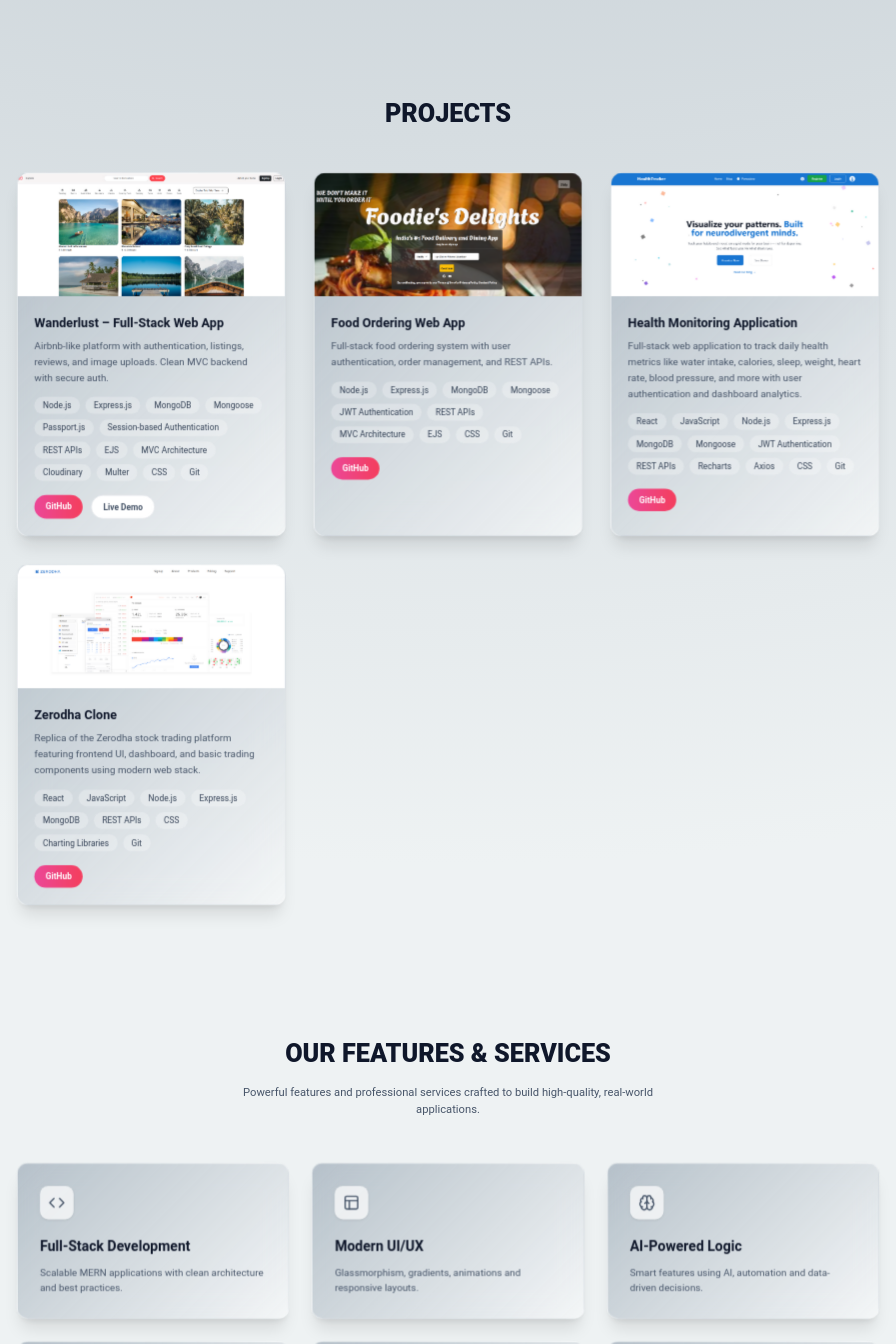
Repository: bhumikamourya/portfolio
Page: /
An editor plug-in stored every save of this project. The page is shown before and after the next save, followed by the edit.
The browser window is 1280 px wide. The pictures show the part of the page from y = 2910 to 4830 px (the page is 5885 px tall), at 70% of full size.
Some web libraries are served in a nearby version. The project was rebuilt for these pictures with package versions that can differ from the ones it lists, and the page was loaded fresh each time.

Above is the page before, as saved 2026-01-31 15:32:55.

### src/styles/variables.css
:root {
  /*Background gradient (PAGE) */
  --bg-gradient-from: #8e9eab;
  --bg-gradient-to: #eef2f3;

  /*Glass / Card background (LIGHTER, SAME TONE) */
  --glass-from: rgba(158, 172, 184, 0.7);
  --glass-to: rgba(245, 247, 248, 0.8);

  /*Text colors */
  --heading-color: #0f172a;      /* slate-900 */
  --subheading-color: #334155;   /* slate-700 */
  --body-text-color: #475569;    /* slate-600 */
  --muted-text-color: #64748b;   /* slate-500 */

  /* Accent (brand highlight) */
  --accent-from: #ec4899; /* pink-500 */
  --accent-to: #f43f5e;   /* rose-500 */

  /* Status / success */
  --success-color: #059669; /* emerald-600 */

  /* Borders */
  --border-light: rgba(255, 255, 255, 0.4);

  /* Motion */
  --transition: all 0.4s ease;
}

/* Optional dark mode (future-proof, not active yet) */
.dark-mode {
  --bg-gradient-from: #1e293b;
  --bg-gradient-to: #020617;

  --glass-from: rgba(30, 41, 59, 0.7);
  --glass-to: rgba(15, 23, 42, 0.8);

  --heading-color: #f8fafc;
  --subheading-color: #e2e8f0;
  --body-text-color: #cbd5f5;
  --muted-text-color: #94a3b8;
}

### src/styles/App.css
* {
  margin: 0;
  padding: 0;
  box-sizing: border-box;
}

.reveal {
  opacity: 0;
  transform: translateY(50px);
  transition: all 0.8s ease;
}

.reveal.active {
  opacity: 1;
  transform: translateY(0);
}

body {
  font-family: 'Roboto', sans-serif;
  background-image: radial-gradient(circle at top, var(--bg-gradient-from) 0%, var(--bg-gradient-to) 70%);
  color: var(--body-text-color);
  scroll-behavior: smooth;
  transition: var(--transition);
}

.color-buttons {
  background-image: linear-gradient(to right, var(--accent-from), var(--accent-to));
  border: none;
}

.right-card {
  background: rgba(255, 255, 255, 0.6);
  border-color: var(--border-light);
  backdrop-filter: blur(16px);
}

.app {
  min-height: 100vh;
}
.text-accent {
    background: linear-gradient(to right, var(--accent-from), var(--accent-to));
    -webkit-background-clip: text;
    -webkit-text-fill-color: transparent;
}
.card-bg {
  background-image:
    linear-gradient(135deg,
      var(--glass-from),
      var(--glass-to));
  backdrop-filter: blur(22px);
  border: 1px solid var(--border-light);
}

.skill-cards{
  background-image: linear-gradient(135deg, var(--border-light), var(--border-light));
  backdrop-filter: blur(72px);
  border: 1px solid var(--border-light);
}

.heading{
  color: var(--heading-color);
}
.subheading{
  color: var(--subheading-color);
}
.tags{
  background: rgba(255,255,255,0.25);
  color: var(--subheading-color);
}
ul{
    color: var(--muted-text-color);
}

/* .btn {
  padding: 10px 20px;
  border: none;
  border-radius: 5px;
  cursor: pointer;
  transition: var(--transition);
}

.btn.primary {
  background-color: var(--primary-color);
}

.btn.secondary {
  background-color: var(--bg-gradient-to);
}

.btn:hover {
  transform: scale(1.05);
} */
.theme-toggle {
  position: fixed;
  top: 20px;
  right: 20px;
  z-index: 1000;
  background: none;
  border: none;
  font-size: 1.5rem;
  cursor: pointer;
}

/* Mobile-first responsive */
@media (max-width: 768px) {
  .container {
    padding: 0 10px;
  }
}

### src/contexts/ThemeContext.js
import React, { createContext, useState, useEffect } from 'react';

export const ThemeContext = createContext();

export const ThemeProvider = ({ children }) => {
  const [isDarkMode, setIsDarkMode] = useState(false);

  useEffect(() => {
    const savedTheme = localStorage.getItem('theme');
    if (savedTheme === 'dark') {
      setIsDarkMode(true);
      document.body.classList.add('dark-mode');
    }
  }, []);

  const toggleTheme = () => {
    setIsDarkMode(!isDarkMode);
    if (!isDarkMode) {
      document.body.classList.add('dark-mode');
      localStorage.setItem('theme', 'dark');
    } else {
      document.body.classList.remove('dark-mode');
      localStorage.setItem('theme', 'light');
    }
  };

  return (
    <ThemeContext.Provider value={{ isDarkMode, toggleTheme }}>
      {children}
    </ThemeContext.Provider>
  );
};

### src/components/ThemeToggle.js
import React, { useContext } from 'react';
import { ThemeContext } from '../contexts/ThemeContext';

const ThemeToggle = () => {
  const { isDarkMode, toggleTheme } = useContext(ThemeContext);

  return (
    <button className="theme-toggle" onClick={toggleTheme} >
      {isDarkMode ? '☀️' : '🌙'}
    </button>
  );
};

export default ThemeToggle;

### src/components/Welcome.jsx
import React from "react";


const Welcome = () => {
    const scrollToSection = (id) => {
        document.getElementById(id).scrollIntoView({ behavior: "smooth" });
    };
    return (
        <section
            className="min-h-screen flex items-center justify-center px-6"
        >
            <div
                className="relative w-full max-w-6xl rounded-2xl shadow-2xl p-20 card-bg"
            >
                <div className="grid md:grid-cols-2 gap-12 items-center">

                    <div>

                        <h1
                            className="text-4xl md:text-5xl font-extrabold leading-tight mb-4 heading">
                            Welcome to <br /> my Portfolio Website
                        </h1>
                        <p
                            className="max-w-md mb-6">
                            Building modern, reliable, and fast digital experiences with a
                            strong focus on clean UI and solid engineering.
                        </p>
                        <div className="flex items-center gap-4 mb-6">
                            <span className="text-xs font-semibold text-emerald-600 tracking-wide">LIVE STATUS</span>
                            <button
                                onClick={() => scrollToSection("projects")}
                                className="px-4 py-2 rounded-full bg-slate-900 text-white hover:bg-slate-800 transition"
                            >
                                PROJECTS
                            </button>
                            <button
                                onClick={() => scrollToSection("contact")}
                                className="px-4 py-2 rounded-full border border-slate-200 hover:bg-slate-100 transition"
                            >
                                CONTACT
                            </button>
                        </div>

                        {/* <button

                            className="px-8 py-3 rounded-full text-white font-semibold transition hover:scale-105 color-buttons"
                        >
                        Portfolio →
                        </button> */}
                    </div>

                    {/* RIGHT SYSTEM CARD */}
                    <div
                        className="relative rounded-xl p-6 border right-card"
                    >
                        <span
                            className="absolute top-4 right-4 text-xs font-semibold text-emerald-600"
                        >
                            ONLINE
                        </span>

                        <div className="flex items-center justify-center mb-6">
                            <div
                                className="relative w-44 h-44 rounded-full flex items-center justify-center "
                                style={{
                                    background:
                                        "linear-gradient(to bottom right, var(--accent-from), var(--accent-to))",
                                }}
                            >
                                <div className="absolute inset-4 rounded-full bg-white flex items-center justify-center text-s tracking-widest font-bold text-slate-600">
                                    WELCOME
                                </div>
                            </div>
                        </div>

                        <div className="grid grid-cols-2 gap-4 text-center">
                            <div>
                                <p className="text-xl font-bold">06</p>
                                <p className="text-xs text-slate-600">Modules</p>
                            </div>
                            <div>
                                <p className="text-xl font-bold">12ms</p>
                                <p className="text-xs text-slate-600">Latency</p>
                            </div>
                        </div>
                    </div>

                </div>
            </div>
        </section>
    );
};

export default Welcome;

### src/components/Hero.js
import React from "react";
const Hero = () => {
  return (
    <section
      id="hero"
      className=" reveal min-h-screen flex items-center justify-center px-6"
    >
      <div
        className="relative w-full max-w-6xl rounded-3xl p-16"
      >
        <div className="grid md:grid-cols-2 gap-12 items-center">

          {/* LEFT CONTENT */}
          <div>
            <span
              className="inline-block mb-3 text-xs px-3 py-1 rounded-full font-semibolds text-emerald-700 right-card tags"
            >
              Available for freelance work
            </span>

            <h1
              className="text-4xl md:text-5xl font-extrabold leading-tight mb-2 heading"
            >
              Hi, I'm{" "}
              <span className="text-accent"
              >
                Bhumika
              </span>
            </h1>
            <h2
              className="text-xl md:text-2xl font-semibold mb-4 subheading"
            >
              Frontend Developer
            </h2>

            <p
              className="max-w-md mb-6"
            >
              I create scalable, clean and user-focused web applications with
              strong UI sense and solid backend logic.
            </p>

            <div className="flex gap-4 mb-6">
              <button
                className="px-6 py-2 rounded-full text-white font-semibold transition hover:scale-105 color-buttons"
              >
                Hire Me
              </button>

              <button
                className="px-4 py-2 rounded-full border border-slate-200  hover:bg-slate-100 transition subheading">
                Download CV
              </button>
            </div>

            <div className="flex items-center gap-4 text-sm">
              <span>Follow me:</span>
              <a href="https://github.com/bhumikamourya"
              className="cursor-pointer hover:underline cursor-pointer">GitHub</a>
              <a href="https://www.linkedin.com/in/bhumika-mourya-bb94672a4/"
              className="cursor-pointer hover:underline cursor-pointer">LinkedIn</a>
              {/* <a href="" className="cursor-pointer hover:underline cursor-pointer">Instagram</a> */}
            </div>
          </div>

          {/* RIGHT IMAGE CARD */}
          <div className="flex justify-center">
            <div
              className="relative rounded-2xl right-card shadow-2xl"
            >
              <img
                src="/assets/profile.jpeg"
                alt="Developer illustration"
                className="w-72 h-70 object-cover rounded-xl"
              />
            </div>
          </div>

        </div>
      </div>
    </section>
  );
};

export default Hero;

### src/components/Skills.js
import React from 'react';

const Skills = () => {
  const skills = [
    { name: 'HTML5', icon: '/assets/html.png' },
    { name: 'CSS3', icon: '/assets/css.png' },
    { name: 'JavaScript (ES6+)', icon: '/assets/js.webp' },
    { name: 'React', icon: '/assets/react.png' },
    { name: 'Redux', icon: '/assets/redux.png' },
    { name: 'Node.js', icon: '/assets/nodejs.png' },
    { name: 'Express.js', icon: '/assets/express.png' },
    { name: 'RESTful APIs', icon: '/assets/restful-api.png' },
    { name: 'Authentication (Passport.js, JWT)', icon: '/assets/authentication.png' },
    { name: 'MongoDB', icon: '/assets/mongoDB.png' },
    { name: 'Mongoose', icon: '/assets/mongoose.png' },
    { name: 'Git', icon: '/assets/git.png' },
    { name: 'GitHub', icon: '/assets/github.png' },
    { name: 'Postman', icon: '/assets/postman.png' },
    { name: 'Thunder Client', icon: '/assets/thunderClient.png' },
    { name: 'VS Code', icon: '/assets/VS-Code.png' },
    { name: 'Chrome DevTools', icon: '/assets/chrome-dev-tool.png' },
  ];

  return (
    <section
      id="skills"
      className=" reveal min-h-screen flex items-center justify-center px-6 transition-colors duration-500"
    >
      <div
        className="relative w-full max-w-6xl rounded-3xl p-16"
      >
        <h2
          className="text-3xl md:text-4xl font-extrabold mb-10 text-center heading"
        >
          SKILLS
        </h2>

        <div className="grid grid-cols-2 sm:grid-cols-3 md:grid-cols-4 lg:grid-cols-5 gap-8">
          {skills.map((skill, index) => (
            <div
              key={index}
              className="flex flex-col items-center justify-center p-4 rounded-2xl transition-transform duration-300 hover:scale-105 skill-cards"
            >
              <img
                src={skill.icon}
                alt={skill.name}
                className="w-14 h-14 mb-2 object-contain"
              />
              <p
                className="text-sm font-semibold text-center"
              >
                {skill.name}
              </p>
            </div>
          ))}
        </div>
      </div>
    </section>
  );
};

export default Skills;

### src/utils/scrollReveal.js
export const initScrollReveal = () => {
    const elements = document.querySelectorAll(".reveal");

    const observer = new IntersectionObserver(
      (entries) => {
        entries.forEach((entry) => {
          if (entry.isIntersecting) {
            entry.target.classList.add("active");
          }
        });
      },
      { threshold: 0.15 }
    );

    elements.forEach((el) => observer.observe(el));

};

### src/components/FeaturesServices.js
import { Code, Sparkles, ShieldCheck, Rocket, Brain, Layout } from "lucide-react";

export default function FeaturesServices() {
  const features = [
    {
      icon: <Code className="w-6 h-6" />,
      title: "Full-Stack Development",
      desc: "Scalable MERN applications with clean architecture and best practices."
    },
    {
      icon: <Layout className="w-6 h-6" />,
      title: "Modern UI/UX",
      desc: "Glassmorphism, gradients, animations and responsive layouts."
    },
    {
      icon: <Brain className="w-6 h-6" />,
      title: "AI-Powered Logic",
      desc: "Smart features using AI, automation and data-driven decisions."
    },
    {
      icon: <ShieldCheck className="w-6 h-6" />,
      title: "Secure Systems",
      desc: "JWT auth, role-based access and secure backend APIs."
    },
    {
      icon: <Rocket className="w-6 h-6" />,
      title: "Performance Focused",
      desc: "Optimized queries, fast load time and scalable codebase."
    },
    {
      icon: <Sparkles className="w-6 h-6" />,
      title: "Creative Solutions",
      desc: "Not copy-paste projects — unique, tailored to real-world needs."
    }
  ];

  return (
    <section
      id="features"
      className=" reveal relative py-24 px-6 "
    >
      <div className="max-w-7xl mx-auto">
        {/* Heading */}
        <div className="text-center mb-16">
          <h2 className="text-4xl font-extrabold text-center mb-6 heading">
            OUR FEATURES & SERVICES
          </h2>
          <p className="max-w-2xl mx-auto">
            Powerful features and professional services crafted to build
            high-quality, real-world applications.
          </p>
        </div>

        {/* Cards */}
        <div className="grid grid-cols-1 sm:grid-cols-2 lg:grid-cols-3 gap-8">
          {features.map((item, idx) => (
            <div
              key={idx}
              className="group relative rounded-2xl p-8 shadow-xl  transition-all duration-300 hover:-translate-y-2 hover:shadow-2xl card-bg"
            >
              <div className="flex items-center justify-center w-12 h-12 rounded-xl bg-white/70 shadow mb-6 group-hover:scale-110 transition" >
                {item.icon}
              </div>

              <h3 className="text-xl font-semibold mb-3 heading">
                {item.title}
              </h3>
              <p className=" text-sm leading-relaxed" >
                {item.desc}
              </p>
            </div>
          ))}
        </div>
      </div>
    </section>
  );
}

### src/components/ProjectCard.js
import React from 'react';

const ProjectCard = ({ title, description, tech, github, demo, image }) => {
  return (
    <div
      className="rounded-2xl overflow-hidden shadow-xl transition-transform duration-300 hover:-translate-y-2 card-bg"
    >
      {/* IMAGE */}
      <div className="h-44 bg-black/20 flex items-center justify-center">
        <img
          src={image}
          alt={title}
          className="h-full w-full object-cover"
        />
      </div>

      {/* CONTENT */}
      <div className="p-6">
        <h3
          className="text-lg font-bold mb-2 heading">
          {title}
        </h3>

        <p
          className="text-sm mb-4 leading-relaxed"
        >
          {description}
        </p>

        {/* TECH TAGS */}
        <div className="flex flex-wrap gap-2 mb-5">
          {tech.map((item, index) => (
            <span
              key={index}
              className="text-xs px-3 py-1 rounded-full tags"
            >
              {item}
            </span>
          ))}
        </div>

        {/* LINKS */}
        <div className="flex gap-3">
          <a
            href={github}
            target="_blank"
            rel="noreferrer"
            className="px-4 py-2 text-white text-xs font-semibold rounded-full transition color-buttons"

          >
            GitHub
          </a>

          {demo && (
            <a
              href={demo}
              target="_blank"
              rel="noreferrer"
              className="px-4 py-2 text-xs font-semibold bg-white rounded-full border transition"
            >
              Live Demo
            </a>
          )}
        </div>
      </div>
    </div>
  );
};

export default ProjectCard;

Loaded but not shown: public/index.html (common file); src/index.js (common file); src/App.js (common file); src/index.css (common file); tailwind.config.js (common file); src/components/Contact.js (118 lines, source omitted); src/components/Projects.js (107 lines, source omitted); src/components/About.js (99 lines, source omitted)

After the next save:
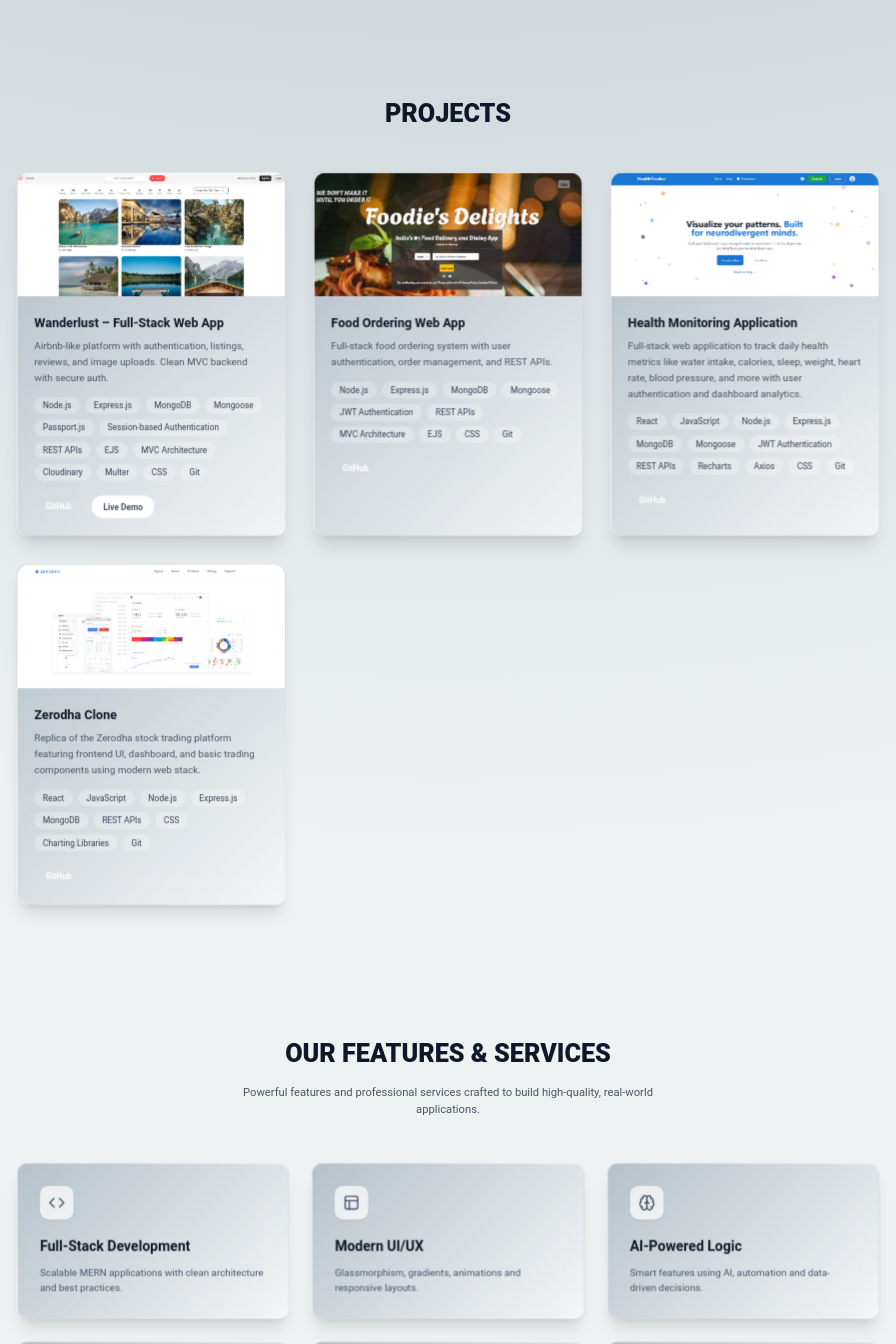
Saved 88 s later.
--- a/src/components/ProjectCard.js
+++ b/src/components/ProjectCard.js
@@ -45,7 +45,7 @@
             href={github}
             target="_blank"
             rel="noreferrer"
-            className="px-4 py-2 text-white text-xs font-semibold rounded-full transition color-buttons"
+            className="px-4 py-2 text-white text-xs font-semibold rounded-full transition  hover:scale-105color-buttons"
 
           >
             GitHub

After the save that followed:
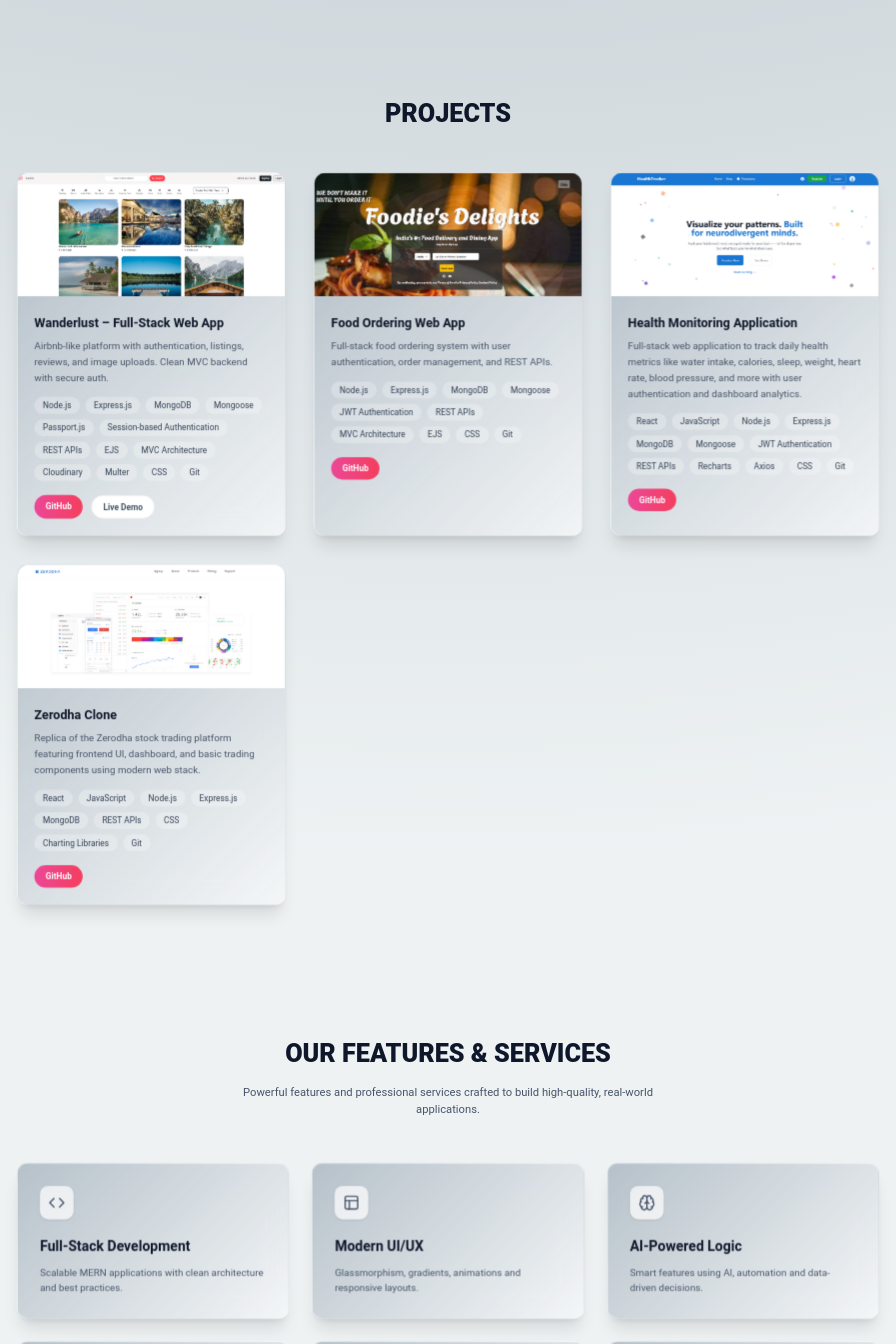
Saved 15 s later.
--- a/src/components/ProjectCard.js
+++ b/src/components/ProjectCard.js
@@ -45,7 +45,7 @@
             href={github}
             target="_blank"
             rel="noreferrer"
-            className="px-4 py-2 text-white text-xs font-semibold rounded-full transition  hover:scale-105color-buttons"
+            className="px-4 py-2 text-white text-xs font-semibold rounded-full transition  color-buttons"
 
           >
             GitHub
